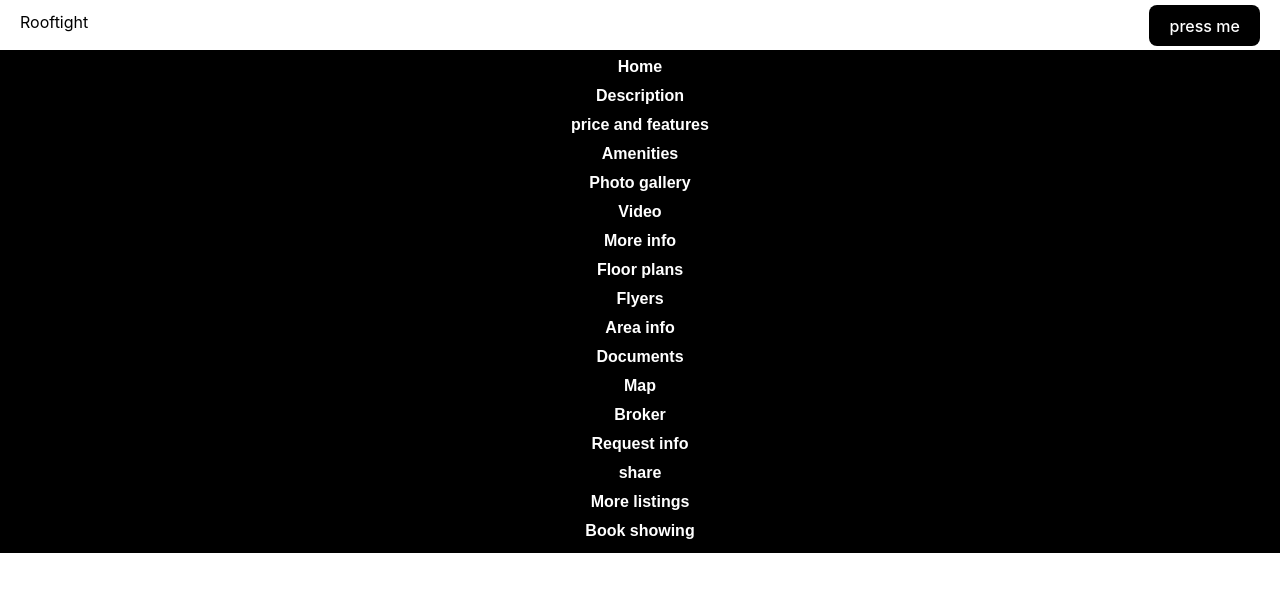
Repository: TMuse333/real-estate-landingpage
Page: /
The author's editor kept a copy of each file at every save. The page is drawn from the files as they stood at one save, then again after a run of saves.
The browser window is 1280 px wide. The pictures show the whole page.
The project was rebuilt for these pictures with package versions that can differ from the ones it lists, and the page was loaded fresh each time. Also part of the build but not shown: vite.config.js.

Above is the page before, as saved 2023-09-19 16:45:34.

After the next 2 saves:
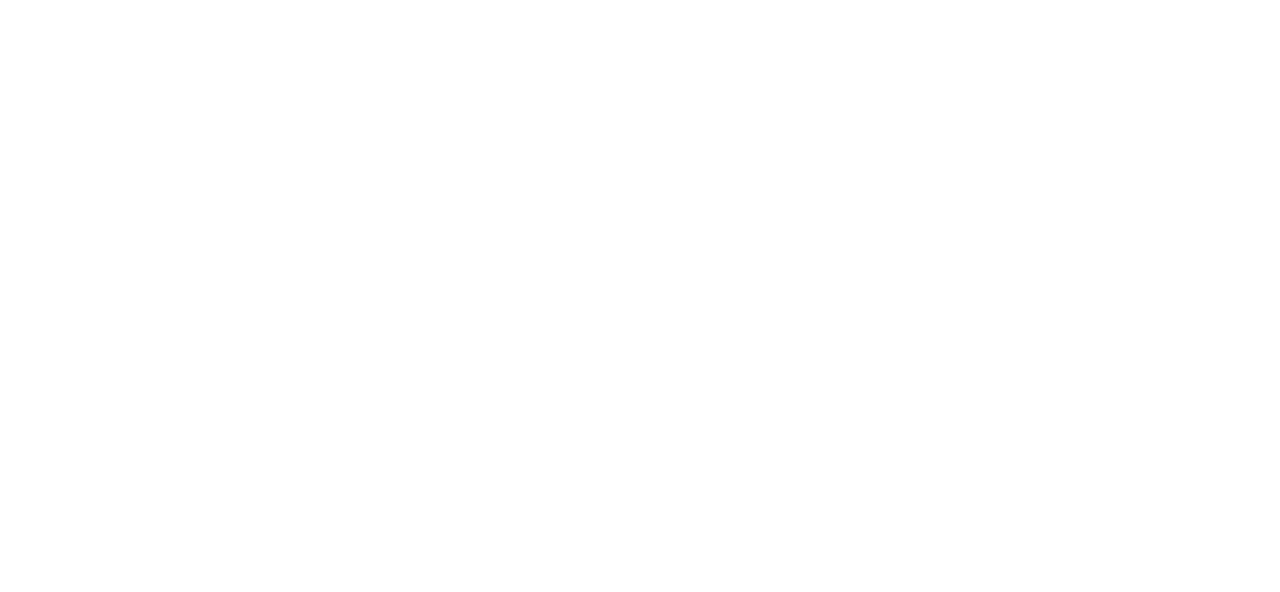
Console error: ReferenceError: oc is not defined
The 2 saves are shown as one change because they came seconds apart.
The last was saved 52 s later.
--- a/src/components/navbar.jsx
+++ b/src/components/navbar.jsx
@@ -44,7 +44,7 @@
   const style = {
 
     opacity: subMenuVisible ? 1 : 0
-    ,
+    ,transition: oc
 
   };
 

After the save that followed:
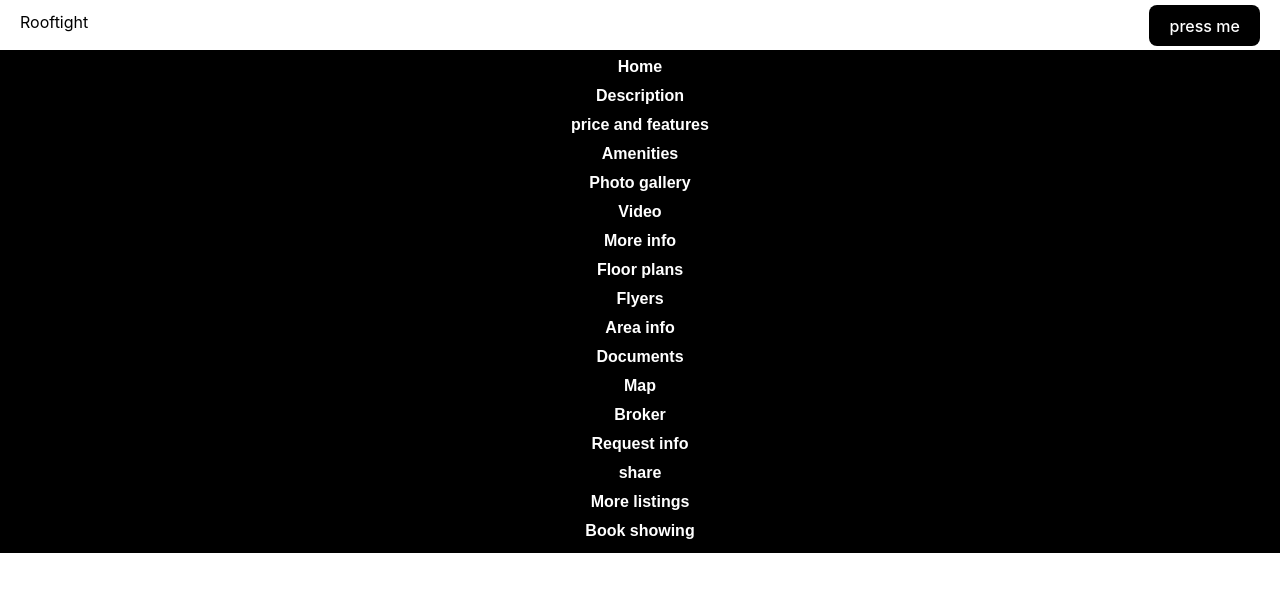
The error is gone.
Saved 8 s later.
--- a/src/components/navbar.jsx
+++ b/src/components/navbar.jsx
@@ -44,7 +44,7 @@
   const style = {
 
     opacity: subMenuVisible ? 1 : 0
-    ,transition: oc
+    ,transition: 'opacity 0.3s ease'
 
   };
 
